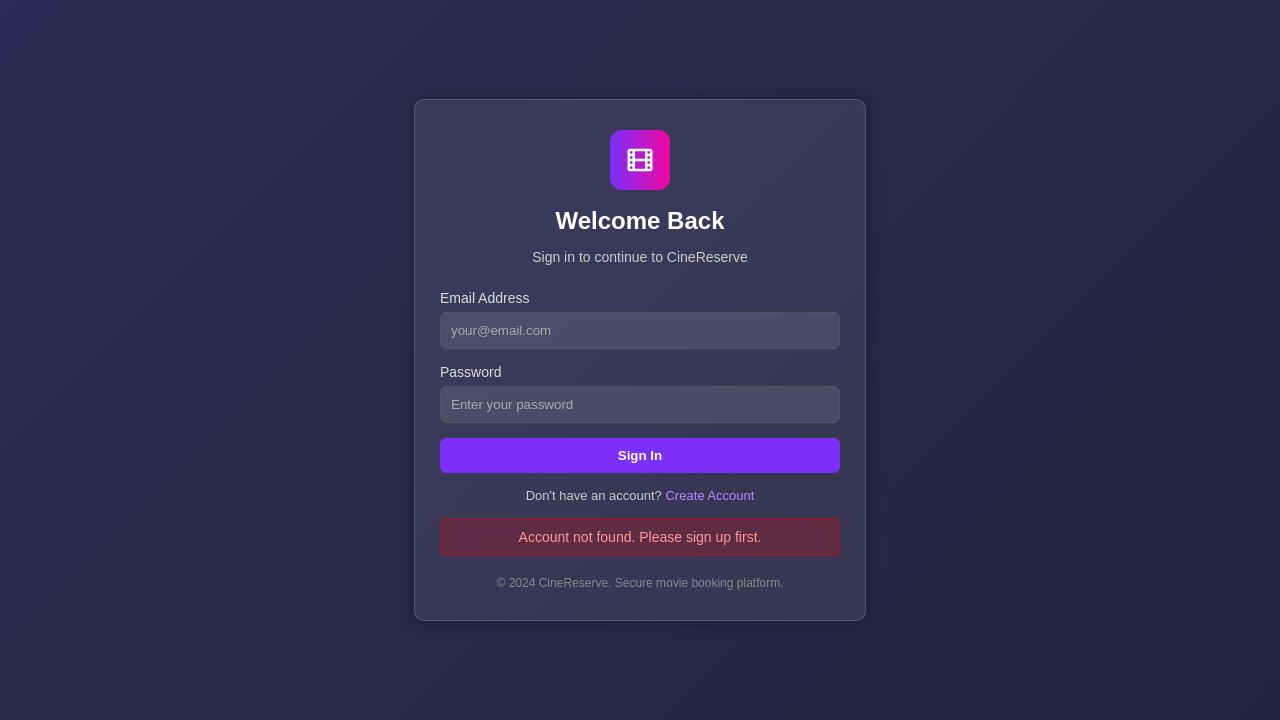
Repository: Alimansourr/Laravel-Movie-Review-App
Page: http://localhost/login
An editor plug-in stored every save of this project. The page is shown before and after the next save, followed by the edit.
The browser window is 1280 px wide. The pictures show the whole page.
The page is served by the project's Laravel application, run on PHP 8.4 with Laravel 9. Other server files are loaded and not shown. Queries for data that is not in the repository find no rows.

Above is the page before, as saved 2025-10-11 21:42:49.

### laravel/routes/web.php
<?php

use Illuminate\Support\Facades\Route;
use App\Http\Controllers\PostController;
use App\Http\Controllers\UserController;
use App\assets;
use App\Http\Controllers\BookingController;
use App\Http\Controllers\ReservationController;

/*
|--------------------------------------------------------------------------
| Web Routes
|--------------------------------------------------------------------------
|
| Here is where you can register web routes for your application. These
| routes are loaded by the RouteServiceProvider within a group which
| contains the "web" middleware group. Now create something great!
|
*/

Route::get('/', function () {
    return view('login');
});


Route::get('/assets/{path}', function ($path) {
    $filePath = base_path('app/assets/' . $path);

    if (file_exists($filePath)) {
        return response()->file($filePath);
    }

    abort(404);
});

Route::get('/SignUp',function(){
return view('signup');
});

Route::get('/Addreview/{movie}', function ($movieId) {
    $movie = \App\Models\Movie::findOrFail($movieId);
    return view('addreview', compact('movie'));
})->name('addreview.page');


    Route::get('/Addmovie',function(){
        return view('addmovie');
    });

    Route::get('/admin',function(){
        return view('Admin');
        });
 Route::get('/admin', [UserController::class, 'getAllMoviesadmin']);

Route::post('create',[
'uses'=>'App\Http\Controllers\UserController@inserttotable',
'as'=>'user.create'
]);

Route::get('/Movies',function(){
    return view('movies');
    });

Route::get('/Movies', [UserController::class, 'getAllMovies']);

Route::get('/Film',function(){
    return view('film');
});


Route::get('/searching/{id}', [UserController::class, 'showMovie'])->name('movie.show');



Route::get('/update/{id}',function($id){
    $controller2 = new UserController();
    $movie= $controller2->getmoviebyTitle($id);
return view('updatemovie',compact('movie'));
});



Route::get('login',[
    'uses'=>'App\Http\Controllers\UserController@checklogin',
    'as'=>'user.login'
    ]);

Route::post('/review', [UserController::class, 'addreview'])->name('user.review');


Route::post('addmov',[
    'uses'=>'App\Http\Controllers\UserController@addmoviess',
    'as'=>'movie.add'
            ]);

Route::delete('/delete/{id}', [UserController::class, 'deletemovie'])->name('movie.delete');
Route::put('/update/{id}',[UserController::class, 'updatemovie'])->name('movie.update');
Route::get('/movies/search', [UserController::class, 'search']);

Route::get('/movies/{id}/cinemas', [BookingController::class, 'showCinemas'])->name('movie.cinemas');
Route::get('/reserve/{movie}/{cinema}', [ReservationController::class, 'create'])->name('reservation.create');
Route::post('/reserve', [ReservationController::class, 'store'])->name('reservation.store');
// Show all reservations for the logged-in user
Route::get('/my-bookings', [ReservationController::class, 'myBookings'])
    ->name('user.bookings');

    Route::get('/profile', [App\Http\Controllers\UserController::class, 'profile'])->name('user.profile');
Route::post('/profile/update', [App\Http\Controllers\UserController::class, 'updateProfile'])->name('user.profile.update');

### laravel/app/Http/Managers/UserManager.php
<?php
namespace App\Http\Managers;

use Illuminate\Http\Request;
use App\Models\UserTp;
use App\Http\Repositories\UserRepo;


class UserManager{
public function insertUser($firstname, $lastname,$email,$password,$gender,$age){
    $userRepo = new UserRepo();
    $exists = $userRepo->checkUserExists($email); // Call the method

    if ($exists === "User is already defined") {
        $message = "Already defined";
    }
else{
$usertp = new UserTp();
$usertp->firstname = $firstname;
$usertp->lastname = $lastname;
$usertp->email = $email;
$usertp->password = bcrypt($password);
$usertp->role='user';
$usertp->gender = $gender;
$usertp->age=$age;
$usertp->save();
$message = "User successfully created";
}
return $message;

}

public function getmoovies(){
    $userrep=new UserRepo();
    $movies= $userrep->gettingAllMovies();
    return $movies;
}

public function getmoovieeid($id){
    $userrepp=new UserRepo();
    $movie= $userrepp->gettingid($id);
    return $movie;

}

public function getallreviews($movieid){
    $userreppo=new UserRepo();

$reviews= $userreppo->getallrev($movieid);
return $reviews;
}


public function loginchecking($email,$password){
    $userrepository= new UserRepo();
    $checklog= $userrepository->checkinglogin($email,$password);
    $message='';
    if($checklog){
        return $checklog->role;
    }
    else{
        $message='please signup';
        return $message;
    }

}

public function addreviews($title,$movieid,$userid,$rating,$description){
$userrrepoo = new UserRepo();
$userrrepoo->addingreview($title,$movieid,$userid,$rating,$description);
}

public function getuserrrid($email){
$user= new UserRepo();
$userid= $user->getuser($email);
return $userid;
}


public function addingmovie($title,$prodyear,$thumbnail,$duration,$genre,$description,$synopsis){
    $userre= new UserRepo();
    $userre->insertmovie($title,$prodyear,$thumbnail,$duration,$genre,$description,$synopsis);

}
public function getUserByEmail($email)
{
    return \App\Models\UserTp::where('email', $email)->first();
}

public function updateUserInfo($email, $firstname, $lastname, $age, $gender, $password)
{
    $user = \App\Models\UserTp::where('email', $email)->first();
    if ($user) {
        $user->firstname = $firstname;
        $user->lastname  = $lastname;
        $user->age       = $age;
        $user->gender    = $gender;
        if (!empty($password)) {
            $user->password = $password; // You can hash this later
        }
        $user->save();
    }
}

public function deletemoviebyid($id){
    $usrep= new UserRepo();
    $usrep->deletingmovbyid($id);
}

public function updatemoviebyid($id,$title,$prodyear,$thumbnail,$duration,$genre,$description,$synopsis){
    $userreposs= new UserRepo();
    $userreposs->updatingmov($id,$title,$prodyear,$thumbnail,$duration,$genre,$description,$synopsis);
}
public function searching($query){
    $userr=new UserRepo();
    $movie= $userr->searchmovie($query);
    return $movie;
    }



}
?>

### laravel/app/Http/Repositories/UserRepo.php
<?php
namespace App\Http\Repositories;
use App\Models\UserTp;
use App\Models\Movie;
use App\Models\Review;
use Illuminate\Support\Facades\Hash;
use Carbon\Carbon;

class UserRepo{

public function checkUserexists($email){
    $exists=UserTp::where('email','=',$email)->exists();
    if($exists){
        $message="User is already defined";
    }
    else{
        $message="User is not defined";
    }

    return $message;
}


public function gettingAllMovies(){
    $movies= Movie::all();
    return $movies;
}

public function gettingid($id){
    $movie= Movie::where('id','=',$id)->first();
    return $movie;
}


public function getallrev($movieid){
    $review = Review::join('user_tps', 'reviews.user', '=', 'user_tps.id')
    ->where('reviews.movie_id', '=', $movieid)
    ->get();
    return $review;
}

public function checkinglogin($email,$password){
    $user = UserTp::where('email', '=', $email)->first();

    // Check if user exists and password matches
    if ($user && Hash::check($password, $user->password)) {
        return $user;
    }


    return false;
}


public function addingreview($title,$movieid,$userid,$rating,$description){
    $review= new Review();
    $review->movie_id=$movieid;
    $review->title=$title;
    $review->user=$userid;
    $review->date= Carbon::now();
    $review->rating= $rating;
    $review->description= $description;
    $review->save();
    }

    public function getuser($email) {

        $user = UserTp::where('email', '=', $email)->first();


        if ($user) {
            return $user->id;
        }

        return null;
    }


public function insertmovie($titlee,$productionyear,$thumbnails,$durations,$genres,$descriptions,$synopsiss){
$moviee= new Movie();
$moviee->title= $titlee;
$moviee->production_year=$productionyear;
$moviee->thumbnail= $thumbnails;
$moviee->duration= $durations;
$moviee->genre= $genres;
$moviee->description=$descriptions;
$moviee->synopsis=$synopsiss;
$moviee->save();
    }

public function deletingmovbyid($id){
    $movie = Movie::find($id);

if ($movie) {
    $movie->delete();
}

}

public function updatingmov($id,$titles,$productionyears,$thumbnailss,$durationss,$genress,$descriptionss,$synopsisss){
    $movies= Movie::where('id','=',$id)->first();
    $movies->title=$titles;
    $movies->production_year=$productionyears;
    $movies->thumbnail=$thumbnailss;
    $movies->duration=$durationss;
    $movies->genre=$genress;
    $movies->description= $descriptionss;
    $movies->synopsis=$synopsisss;
    $movies->save();
}

public function searchmovie($query){
    $movies = Movie::where('title', 'like', "%$query%")
    ->orWhere('description', 'like', "%$query%")
    ->get();
    return $movies;
}

}






?>

### laravel/app/Models/UserTp.php
<?php

namespace App\Models;

use Illuminate\Database\Eloquent\Factories\HasFactory;
use Illuminate\Database\Eloquent\Model;

class UserTp extends Model
{
public function reservations()
{
    return $this->hasMany(\App\Models\Reservation::class, 'user_id'); // 👈 tell Laravel the correct FK
}

public function userReviews()
{
    return \App\Models\Review::where('user', $this->id)->get();
}




}

### laravel/resources/views/login.blade.php
<!DOCTYPE html>
<html lang="en">
<head>
    <meta charset="UTF-8">
    <meta name="viewport" content="width=device-width, initial-scale=1.0">
    <title>CineReserve - Login</title>
    <style>
        body {
            margin: 0;
            font-family: Arial, sans-serif;
            background: linear-gradient(135deg, #2c2c54, #24243e);
            color: #fff;
            min-height: 100vh;
            display: flex;
            align-items: center;
            justify-content: center;
        }

        .login-container {
            background: rgba(255, 255, 255, 0.08);
            border: 1px solid rgba(255, 255, 255, 0.15);
            border-radius: 10px;
            width: 100%;
            max-width: 400px;
            padding: 30px 25px;
            box-shadow: 0 0 15px rgba(0,0,0,0.3);
        }

        .logo-box {
            display: flex;
            align-items: center;
            justify-content: center;
            background: linear-gradient(to right, #7b2ff7, #f107a3);
            width: 60px;
            height: 60px;
            border-radius: 12px;
            margin: 0 auto 15px;
        }

        .logo-box svg {
            width: 30px;
            height: 30px;
            color: white;
        }

        h1 {
            text-align: center;
            margin-bottom: 5px;
            font-size: 24px;
        }

        p.subtitle {
            text-align: center;
            color: #ccc;
            font-size: 14px;
            margin-bottom: 25px;
        }

        label {
            display: block;
            font-size: 14px;
            color: #ddd;
            margin-bottom: 6px;
        }

        input[type="text"],
        input[type="password"] {
            width: 100%;
            padding: 10px;
            border-radius: 6px;
            border: 1px solid #555;
            background: rgba(255, 255, 255, 0.1);
            color: #fff;
            margin-bottom: 15px;
            box-sizing: border-box;
        }

        input::placeholder {
            color: #aaa;
        }

        button {
            width: 100%;
            background: #7b2ff7;
            color: white;
            font-weight: bold;
            padding: 10px;
            border: none;
            border-radius: 6px;
            cursor: pointer;
            transition: 0.2s;
        }

        button:hover {
            background: #6610f2;
        }

        .signup-text {
            text-align: center;
            color: #ccc;
            font-size: 13px;
            margin-top: 15px;
        }

        .signup-text a {
            color: #bb86fc;
            text-decoration: none;
        }

        .signup-text a:hover {
            text-decoration: underline;
        }

        .message {
            margin-top: 15px;
            padding: 10px;
            border-radius: 6px;
            font-size: 14px;
            text-align: center;
        }

        .success {
            background-color: rgba(0, 128, 0, 0.2);
            border: 1px solid rgba(0, 255, 0, 0.3);
            color: #90ee90;
        }

        .error {
            background-color: rgba(255, 0, 0, 0.2);
            border: 1px solid rgba(255, 0, 0, 0.4);
            color: #ff9999;
        }

        footer {
            text-align: center;
            font-size: 12px;
            color: #888;
            margin-top: 20px;
        }
    </style>
</head>
<body>

    <div class="login-container">
        <!-- Logo/Brand Section -->
        <div class="logo-box">
            <svg fill="none" stroke="currentColor" viewBox="0 0 24 24">
                <path stroke-linecap="round" stroke-linejoin="round" stroke-width="2" d="M7 4v16M17 4v16M3 8h4m10 0h4M3 12h18M3 16h4m10 0h4M4 20h16a1 1 0 001-1V5a1 1 0 00-1-1H4a1 1 0 00-1 1v14a1 1 0 001 1z"></path>
            </svg>
        </div>
        <h1>Welcome Back</h1>
        <p class="subtitle">Sign in to continue to CineReserve</p>

        <!-- Login Card -->
        <form action="{{route('user.login')}}" method="get">
            <label for="email">Email Address</label>
            <input type="text" name="email" id="email" placeholder="your@email.com" required>

            <label for="password">Password</label>
            <input type="password" name="password" id="password" placeholder="Enter your password" required>

            <button type="submit">Sign In</button>
        </form>

        <!-- Sign Up Link -->
        <div class="signup-text">
            Don't have an account?
            <a href="/SignUp">Create Account</a>
        </div>

        <!-- Success & Error Messages -->
        @if (isset($login) && $login=='User logged in successfully')
            <div class="message success">✓ Successfully logged in</div>
            <script>
                window.location.href = "{{ url('/Movies') }}";
            </script>
        @elseif(isset($login) && $login=='Admin logged in successfully')
            <div class="message success">✓ Admin login successful</div>
            <script>
                window.location.href = "{{ url('/admin') }}";
            </script>
        @endif

        @if (isset($logged))
            <div class="message error">Account not found. Please sign up first.</div>
        @endif

        <footer>© 2024 CineReserve. Secure movie booking platform.</footer>
    </div>

</body>
</html>

Loaded but not shown: laravel/app/Http/Controllers/Controller.php (common file); laravel/app/Http/Controllers/UserController.php (193 lines, source omitted)

After the next save:
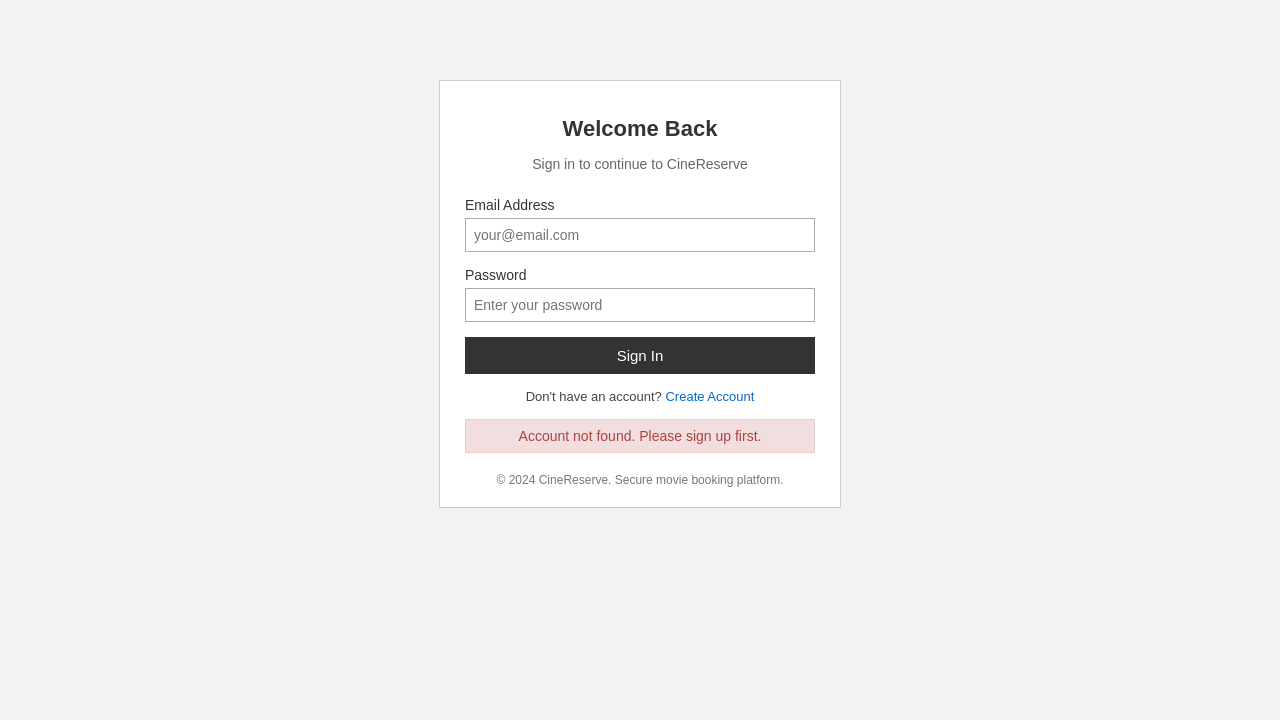
Saved 94 s later.
--- a/laravel/resources/views/login.blade.php
+++ b/laravel/resources/views/login.blade.php
@@ -8,50 +8,28 @@
         body {
             margin: 0;
             font-family: Arial, sans-serif;
-            background: linear-gradient(135deg, #2c2c54, #24243e);
-            color: #fff;
-            min-height: 100vh;
-            display: flex;
-            align-items: center;
-            justify-content: center;
+            background-color: #f2f2f2;
         }
 
-        .login-container {
-            background: rgba(255, 255, 255, 0.08);
-            border: 1px solid rgba(255, 255, 255, 0.15);
-            border-radius: 10px;
+        .container {
             width: 100%;
-            max-width: 400px;
-            padding: 30px 25px;
-            box-shadow: 0 0 15px rgba(0,0,0,0.3);
-        }
-
-        .logo-box {
-            display: flex;
-            align-items: center;
-            justify-content: center;
-            background: linear-gradient(to right, #7b2ff7, #f107a3);
-            width: 60px;
-            height: 60px;
-            border-radius: 12px;
-            margin: 0 auto 15px;
-        }
-
-        .logo-box svg {
-            width: 30px;
-            height: 30px;
-            color: white;
+            max-width: 350px;
+            margin: 80px auto;
+            background: #fff;
+            border: 1px solid #ccc;
+            padding: 20px 25px;
         }
 
         h1 {
             text-align: center;
+            font-size: 22px;
             margin-bottom: 5px;
-            font-size: 24px;
+            color: #333;
         }
 
         p.subtitle {
             text-align: center;
-            color: #ccc;
+            color: #666;
             font-size: 14px;
             margin-bottom: 25px;
         }
@@ -59,51 +37,43 @@
         label {
             display: block;
             font-size: 14px;
-            color: #ddd;
-            margin-bottom: 6px;
+            color: #333;
+            margin-bottom: 5px;
         }
 
         input[type="text"],
         input[type="password"] {
             width: 100%;
-            padding: 10px;
-            border-radius: 6px;
-            border: 1px solid #555;
-            background: rgba(255, 255, 255, 0.1);
-            color: #fff;
+            padding: 8px;
+            border: 1px solid #aaa;
+            font-size: 14px;
             margin-bottom: 15px;
             box-sizing: border-box;
         }
 
-        input::placeholder {
-            color: #aaa;
-        }
-
         button {
             width: 100%;
-            background: #7b2ff7;
+            padding: 10px;
+            background-color: #333;
             color: white;
-            font-weight: bold;
-            padding: 10px;
             border: none;
-            border-radius: 6px;
+            font-size: 15px;
             cursor: pointer;
-            transition: 0.2s;
         }
 
         button:hover {
-            background: #6610f2;
+            background-color: #555;
         }
 
         .signup-text {
             text-align: center;
-            color: #ccc;
             font-size: 13px;
+            color: #444;
             margin-top: 15px;
         }
 
         .signup-text a {
-            color: #bb86fc;
+            color: #0066cc;
             text-decoration: none;
         }
 
@@ -113,45 +83,37 @@
 
         .message {
             margin-top: 15px;
-            padding: 10px;
-            border-radius: 6px;
+            padding: 8px;
+            text-align: center;
             font-size: 14px;
-            text-align: center;
         }
 
         .success {
-            background-color: rgba(0, 128, 0, 0.2);
-            border: 1px solid rgba(0, 255, 0, 0.3);
-            color: #90ee90;
+            background-color: #dff0d8;
+            color: #3c763d;
+            border: 1px solid #c8e5bc;
         }
 
         .error {
-            background-color: rgba(255, 0, 0, 0.2);
-            border: 1px solid rgba(255, 0, 0, 0.4);
-            color: #ff9999;
+            background-color: #f2dede;
+            color: #a94442;
+            border: 1px solid #ebcccc;
         }
 
         footer {
             text-align: center;
             font-size: 12px;
-            color: #888;
+            color: #777;
             margin-top: 20px;
         }
     </style>
 </head>
 <body>
 
-    <div class="login-container">
-        <!-- Logo/Brand Section -->
-        <div class="logo-box">
-            <svg fill="none" stroke="currentColor" viewBox="0 0 24 24">
-                <path stroke-linecap="round" stroke-linejoin="round" stroke-width="2" d="M7 4v16M17 4v16M3 8h4m10 0h4M3 12h18M3 16h4m10 0h4M4 20h16a1 1 0 001-1V5a1 1 0 00-1-1H4a1 1 0 00-1 1v14a1 1 0 001 1z"></path>
-            </svg>
-        </div>
+    <div class="container">
         <h1>Welcome Back</h1>
         <p class="subtitle">Sign in to continue to CineReserve</p>
 
-        <!-- Login Card -->
         <form action="{{route('user.login')}}" method="get">
             <label for="email">Email Address</label>
             <input type="text" name="email" id="email" placeholder="your@email.com" required>
@@ -162,13 +124,11 @@
             <button type="submit">Sign In</button>
         </form>
 
-        <!-- Sign Up Link -->
         <div class="signup-text">
             Don't have an account?
             <a href="/SignUp">Create Account</a>
         </div>
 
-        <!-- Success & Error Messages -->
         @if (isset($login) && $login=='User logged in successfully')
             <div class="message success">✓ Successfully logged in</div>
             <script>
